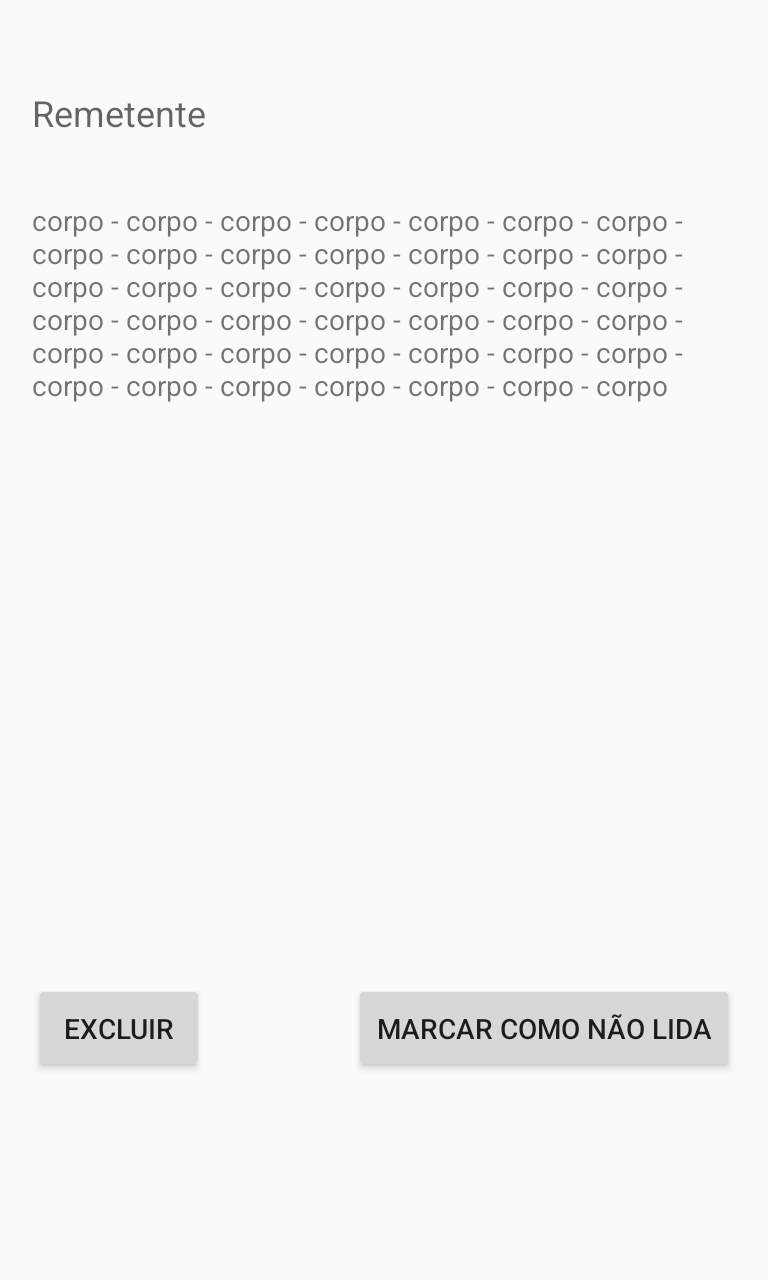
Repository: italogmm/gitMobile
Layout: notificacoesUfg/res/layout/activity_consulta_notificacao.xml
These files come from the project's save history. The layout is drawn as it stood at one moment and after the next save; the edit follows.
It is drawn on a 768 x 1280 px phone screen (xhdpi) without system bars, with theme AppTheme; the app's code is not run.

Above is the layout before, as saved 2014-06-18 19:59:06.

After the next save:
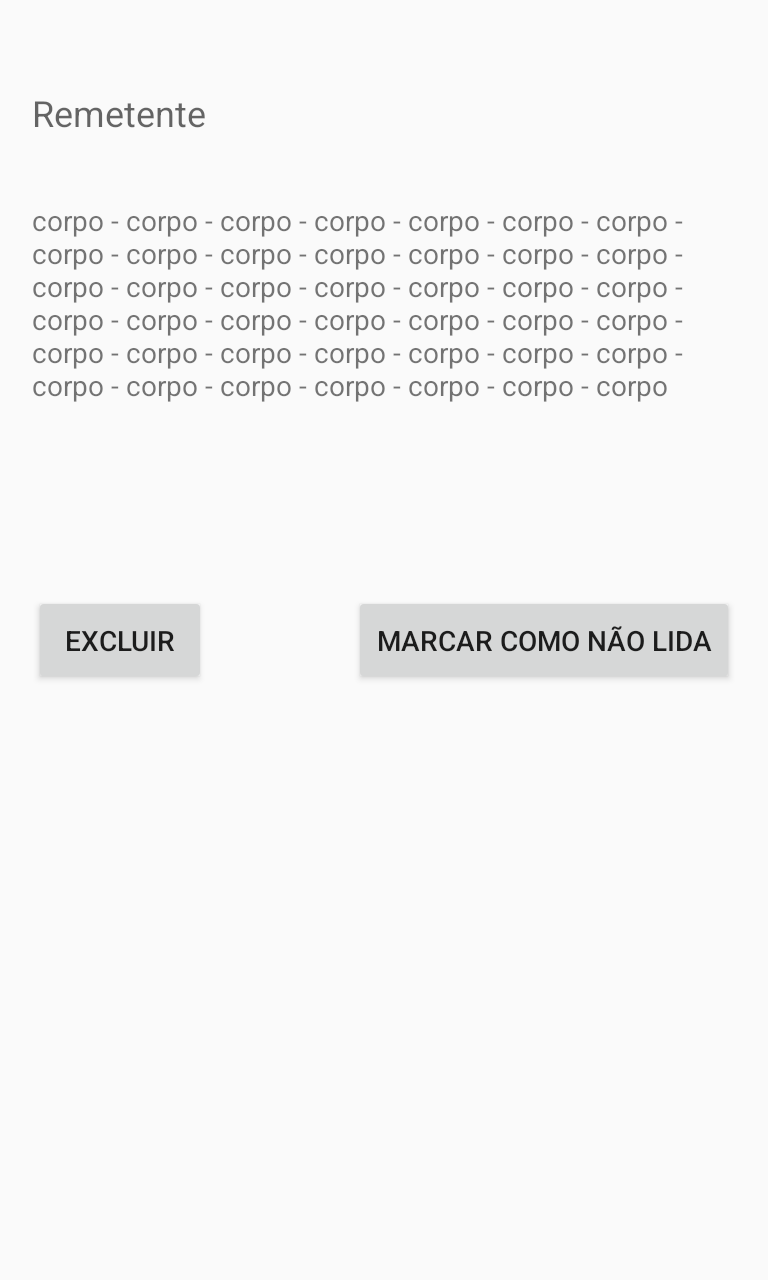
Saved 75 s later.
--- a/notificacoesUfg/res/layout/activity_consulta_notificacao.xml
+++ b/notificacoesUfg/res/layout/activity_consulta_notificacao.xml
@@ -28,15 +28,6 @@
         android:text="corpo - corpo - corpo - corpo - corpo - corpo - corpo - corpo - corpo - corpo - corpo - corpo - corpo - corpo - corpo - corpo - corpo - corpo - corpo - corpo - corpo - corpo - corpo - corpo - corpo - corpo - corpo - corpo - corpo - corpo - corpo - corpo - corpo - corpo - corpo - corpo - corpo - corpo - corpo - corpo - corpo - corpo" />
 
     <Button
-        android:id="@+id/excluir"
-        android:layout_width="wrap_content"
-        android:layout_height="wrap_content"
-        android:layout_alignParentBottom="true"
-        android:layout_alignRight="@+id/remetente"
-        android:layout_marginBottom="86dp"
-        android:text="Excluir" />
-
-    <Button
         android:id="@+id/marcarComoNaoLidaBtn"
         android:layout_width="wrap_content"
         android:layout_height="wrap_content"
@@ -45,4 +36,13 @@
         android:layout_alignRight="@+id/corpo"
         android:text="Marcar como não lida" />
 
+    <Button
+        android:id="@+id/excluir"
+        android:layout_width="wrap_content"
+        android:layout_height="wrap_content"
+        android:layout_alignParentLeft="true"
+        android:layout_below="@+id/corpo"
+        android:layout_marginTop="94dp"
+        android:text="Excluir" />
+
 </RelativeLayout>
